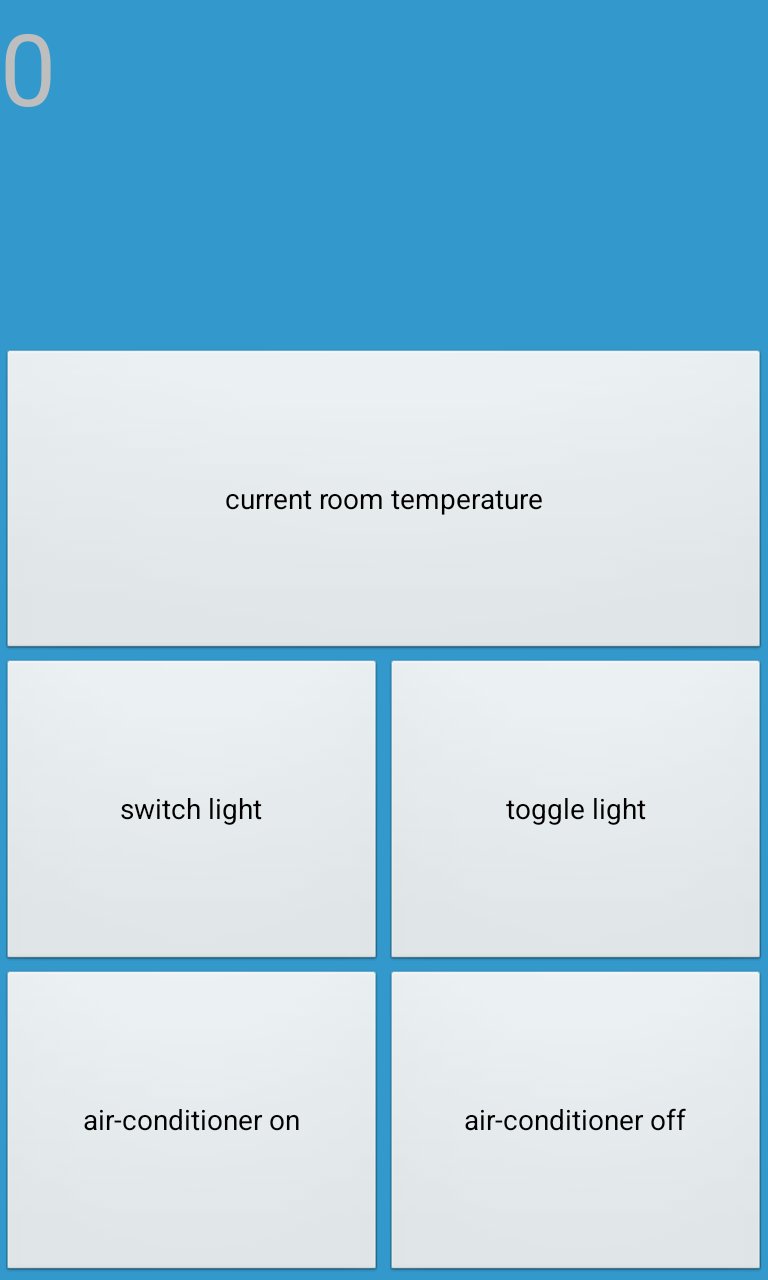
Repository: Sorally/programming-projects
Layout: android/com.sorally.autohome/res/layout/main.xml
The author's editor kept a copy of each file at every save. The layout is drawn from the files as they stood at one save, then again after the next save.
It is drawn on a 768 x 1280 px phone screen (xhdpi) without system bars, with theme android:Theme; the app's code is not run.

Above is the layout before, as saved 2011-05-07 14:01:04.

### android/com.sorally.autohome/res/layout/main.xml
<?xml version="1.0" encoding="utf-8"?>
<LinearLayout xmlns:android="http://schemas.android.com/apk/res/android"
    android:layout_width="fill_parent"
    android:background="@color/myColor" android:orientation="vertical" android:layout_height="match_parent">
    <TextView android:id="@+id/textView1" android:textSize="50sp" android:text="@string/currentTemp" android:layout_width="match_parent" android:layout_height="wrap_content" android:layout_weight="1"></TextView>

    <Button android:id="@+id/button1" android:text="@string/checkTemp" android:onClick="checkTemperature" android:layout_gravity="center_vertical" android:layout_width="match_parent" android:layout_height="wrap_content" android:layout_weight="1"></Button>

    <TableRow android:layout_height="wrap_content" android:id="@+id/tableRow2" android:layout_width="match_parent" android:layout_weight="1" android:baselineAligned="false">
	    <Button android:id="@+id/button2" android:text="@string/switchLight" android:onClick="switchLight" android:layout_weight="1" android:layout_gravity="center_vertical" android:layout_width="match_parent" android:layout_height="match_parent"></Button>
	    <Button android:id="@+id/button5" android:text="@string/toggleLight" android:onClick="toggleLight" android:layout_weight="1" android:layout_gravity="center_vertical" android:layout_width="match_parent" android:layout_height="match_parent"></Button>
    </TableRow>

    <TableRow android:layout_height="wrap_content" android:id="@+id/tableRow1" android:layout_width="match_parent" android:layout_weight="1">
	    <Button android:onClick="airconOn" android:layout_gravity="center_vertical" android:id="@+id/button3" android:layout_width="match_parent" android:text="@string/switchAirconON" android:layout_weight="1" android:layout_height="match_parent"></Button>
	    <Button android:onClick="airconOff" android:layout_gravity="center_vertical" android:id="@+id/button4" android:layout_width="match_parent" android:text="@string/switchAirConOFF" android:layout_weight="1" android:layout_height="match_parent"></Button>
    </TableRow>
</LinearLayout>

### android/com.sorally.autohome/res/values/strings.xml
<?xml version="1.0" encoding="utf-8"?>
<resources>
    <string name="hello">Hello World, Convert!</string>
    <string name="app_name">autohome</string>
    <color name="myColor">#3399CC</color>
    <string name="myClickHandler">myClickHandler</string>
    <string name="celsius">to Celsius</string>
    <string name="fahrenheit">to Fahrenheit</string>
    <string name="calc">Calculate</string>
    <string name="switchLight">switch light</string>
    <string name="switchAirConOFF">air-conditioner off</string>
    <string name="currentTemp">0</string>
    <string name="checkTemp">current room temperature</string>
    <string name="killServer">kill server</string>
    <string name="connect">connect to 192.168.11.2 ...</string>
    <string name="switchAirconON">air-conditioner on</string>
    <string name="toggleLight">toggle light</string>
</resources>

After the next save:
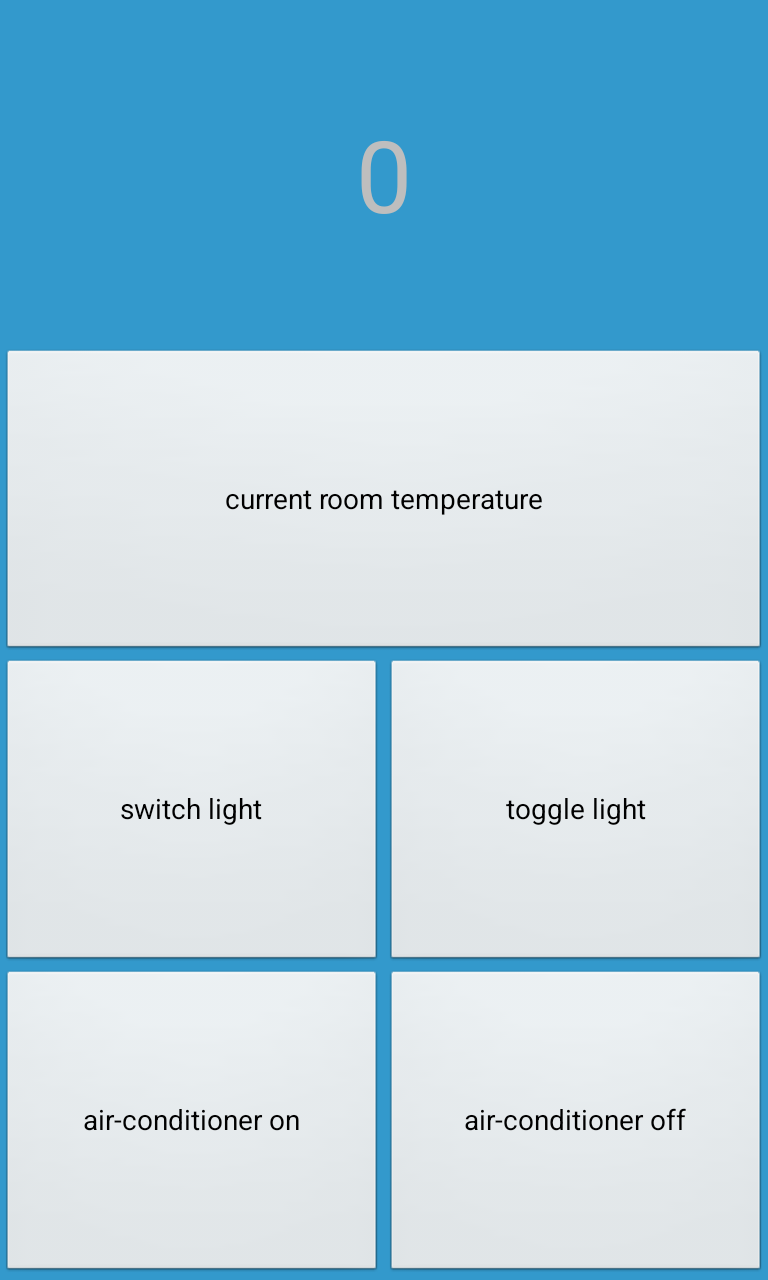
Saved 103 s later.
--- a/android/com.sorally.autohome/res/layout/main.xml
+++ b/android/com.sorally.autohome/res/layout/main.xml
@@ -1,12 +1,12 @@
 <?xml version="1.0" encoding="utf-8"?>
 <LinearLayout xmlns:android="http://schemas.android.com/apk/res/android"
     android:layout_width="fill_parent"
-    android:background="@color/myColor" android:orientation="vertical" android:layout_height="match_parent">
-    <TextView android:id="@+id/textView1" android:textSize="50sp" android:text="@string/currentTemp" android:layout_width="match_parent" android:layout_height="wrap_content" android:layout_weight="1"></TextView>
+    android:background="@color/myColor" android:layout_height="match_parent" android:orientation="vertical">
+    <TextView android:id="@+id/textView1" android:gravity="center"  android:textSize="50sp" android:text="@string/currentTemp" android:layout_width="match_parent" android:layout_weight="1" android:layout_height="wrap_content" android:layout_gravity="bottom"></TextView>
 
     <Button android:id="@+id/button1" android:text="@string/checkTemp" android:onClick="checkTemperature" android:layout_gravity="center_vertical" android:layout_width="match_parent" android:layout_height="wrap_content" android:layout_weight="1"></Button>
 
-    <TableRow android:layout_height="wrap_content" android:id="@+id/tableRow2" android:layout_width="match_parent" android:layout_weight="1" android:baselineAligned="false">
+    <TableRow android:layout_height="wrap_content" android:id="@+id/tableRow2" android:layout_width="match_parent" android:baselineAligned="false" android:layout_weight="1">
 	    <Button android:id="@+id/button2" android:text="@string/switchLight" android:onClick="switchLight" android:layout_weight="1" android:layout_gravity="center_vertical" android:layout_width="match_parent" android:layout_height="match_parent"></Button>
 	    <Button android:id="@+id/button5" android:text="@string/toggleLight" android:onClick="toggleLight" android:layout_weight="1" android:layout_gravity="center_vertical" android:layout_width="match_parent" android:layout_height="match_parent"></Button>
     </TableRow>
